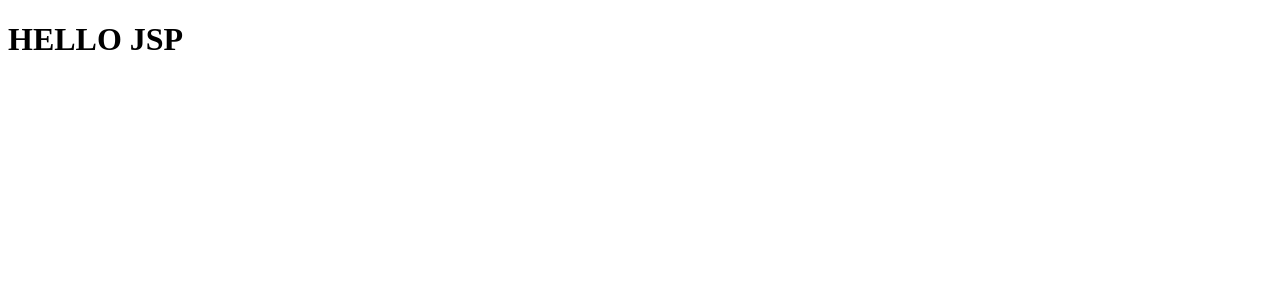
Repository: believemaster/JavaDynamicWeb-JSP
Page: http://localhost/Hello_JSP/Hello.jsp
These files come from the project's save history. The page is drawn as it stood at one moment and after the next save; the edit follows.
The browser window is 1280 px wide. The pictures show the whole page.
The page is served by Tomcat 9.

Above is the page before, as saved 2022-05-24 17:29:28.

After the next save:
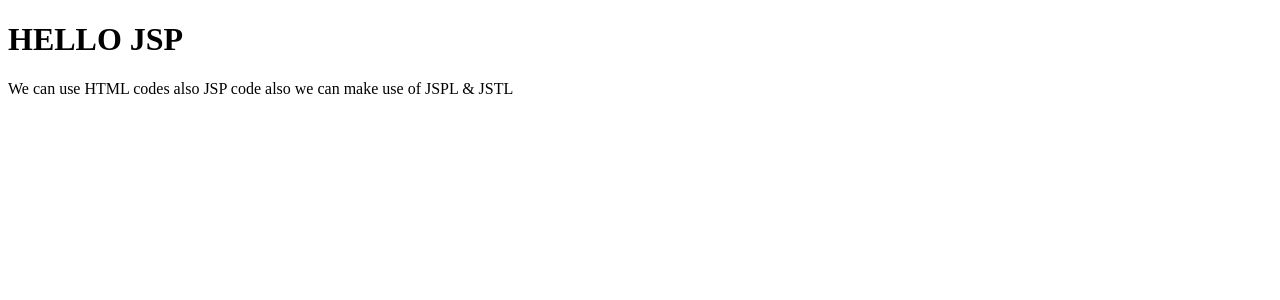
Saved 93 s later.
--- a/Hello JSP/src/main/webapp/Hello.jsp
+++ b/Hello JSP/src/main/webapp/Hello.jsp
@@ -8,5 +8,6 @@
 </head>
 <body>
 	<h1>HELLO JSP</h1>
+	<p>We can use HTML codes also JSP code also we can make use of JSPL & JSTL</p>
 </body>
 </html>
